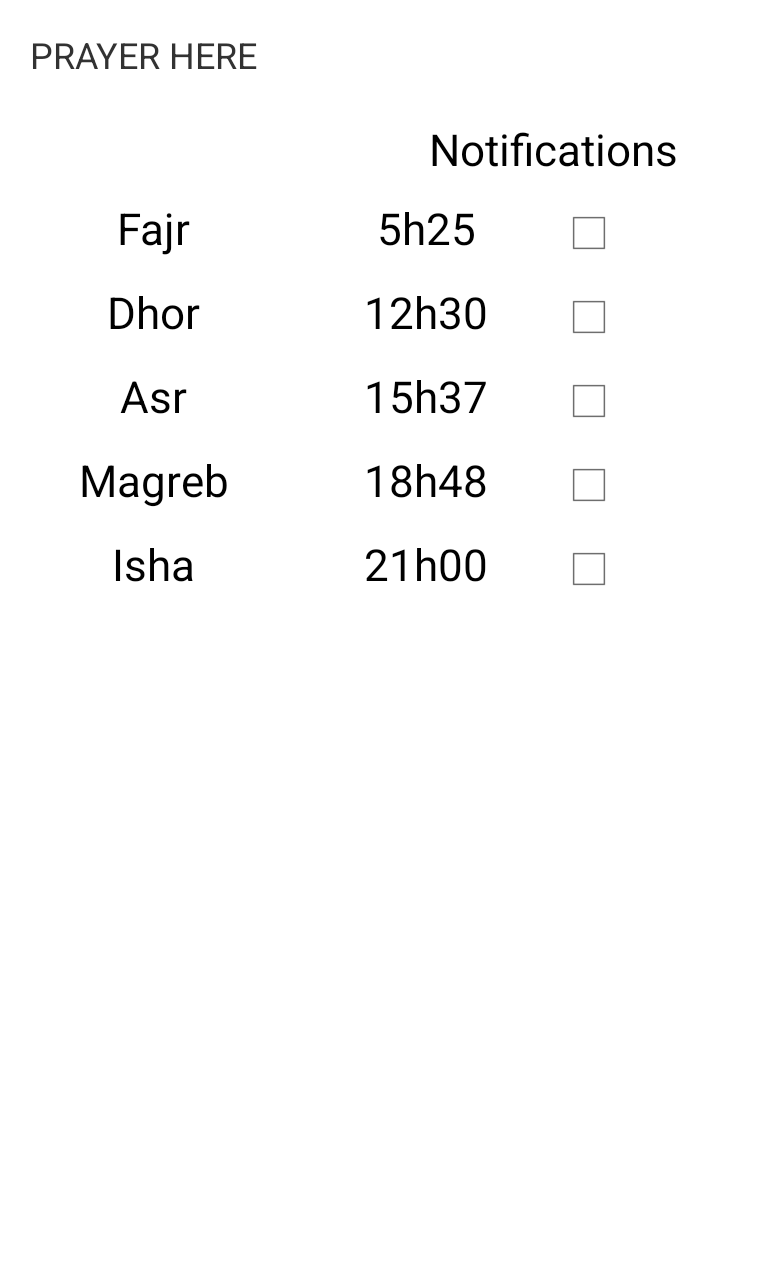
Repository: Osamah/Afstudeerwerk
Layout: NativeApp/SecondPillar/res/layout/activity_prayer.xml
The author's editor kept a copy of each file at every save. The layout is drawn from the files as they stood at one save, then again after the next save.
It is drawn on a 768 x 1280 px phone screen (xhdpi) without system bars, with theme AppTheme; the app's code is not run.

Above is the layout before, as saved 2012-12-28 00:54:49.

### NativeApp/SecondPillar/res/layout/activity_prayer.xml
<?xml version="1.0" encoding="utf-8"?>
<LinearLayout
  xmlns:android="http://schemas.android.com/apk/res/android"
  android:orientation="vertical"
  android:layout_width="match_parent"
  android:layout_height="match_parent">

  <!-- Screen Design -->
  <TextView android:text="PRAYER HERE"
            android:padding="15dip"
            android:textSize="18dip"
            android:layout_width="fill_parent"
            android:layout_height="wrap_content"/>



  <TableLayout xmlns:android="http://schemas.android.com/apk/res/android"
    android:id="@+id/tblPrayer"
    android:layout_width="fill_parent"
    android:layout_height="fill_parent" >

  <!-- HEADER -->
 	<TableRow
        android:id="@+id/headerRow"
        android:layout_width="fill_parent"
        android:layout_height="wrap_content"
        android:padding="5dip" >

      <!--    <TextView
            android:id="@+id/headerCol1"
            android:text="@string/headerCol1"
            android:layout_weight="1"
            android:gravity="center"
            android:textAppearance="?android:attr/textAppearanceLarge" />

        <TextView
            android:id="@+id/headerCol2"
            android:text="@string/headerCol2"
            android:layout_weight="1"
            android:gravity="center"
            android:textAppearance="?android:attr/textAppearanceLarge" />-->

     	<TextView
            android:id="@+id/headerCol3"
            android:text="@string/headerCol3"
            android:layout_weight="1"
            android:gravity="center"
            android:textAppearance="?android:attr/textAppearanceLarge"
            android:layout_column="3"/>

  	</TableRow>

 	<!-- PRAYER 1 -->
    <TableRow
        android:id="@+id/fjarRow"
        android:layout_width="wrap_content"
        android:layout_height="wrap_content"
        android:padding="5dip" >

        <TextView
            android:id="@+id/prayer1"
            android:text="@string/prayer1"
            android:textAppearance="?android:attr/textAppearanceLarge"
            android:layout_weight="1"
            android:gravity="center"
            />

        <TextView
            android:id="@+id/prayerTime1"
            android:text="@string/prayerTime1"
            android:textAppearance="?android:attr/textAppearanceLarge"
            android:layout_weight="1"
            android:gravity="center"/>

        <CheckBox
            android:id="@+id/prayerNotification1"
            android:layout_weight="1"
            android:gravity="center"
        />
  	</TableRow>

    <!-- PRAYER 2 -->
    <TableRow
        android:id="@+id/dhorRow"
        android:layout_width="wrap_content"
        android:layout_height="wrap_content"
        android:padding="5dip" >

       <TextView
            android:id="@+id/prayer2"
            android:text="@string/prayer2"
            android:textAppearance="?android:attr/textAppearanceLarge"
            android:layout_weight="1"
            android:gravity="center"
            />

        <TextView
            android:id="@+id/prayerTime2"
            android:text="@string/prayerTime2"
            android:textAppearance="?android:attr/textAppearanceLarge"
            android:layout_weight="1"
            android:gravity="center"
            />

        <CheckBox
            android:id="@+id/prayerNotification2"
            android:layout_weight="1"
            android:gravity="center"
        />
  	</TableRow>

    <!-- PRAYER 3 -->
    <TableRow
        android:id="@+id/rhasrRow"
        android:layout_width="wrap_content"
        android:layout_height="wrap_content"
        android:padding="5dip" >

       <TextView
            android:id="@+id/prayer3"
            android:text="@string/prayer3"
            android:textAppearance="?android:attr/textAppearanceLarge"
            android:layout_weight="1"
            android:gravity="center"
            />

        <TextView
            android:id="@+id/prayerTime3"
            android:text="@string/prayerTime3"
            android:textAppearance="?android:attr/textAppearanceLarge"
            android:layout_weight="1"
            android:gravity="center"
            />

        <CheckBox
            android:id="@+id/prayerNotification3"
            android:layout_weight="1"
            android:gravity="center"
        />
  	</TableRow>

    <!-- PRAYER 4 -->
    <TableRow
        android:id="@+id/magrebRow"
        android:layout_width="wrap_content"
        android:layout_height="wrap_content"
        android:padding="5dip" >

        <TextView
            android:id="@+id/prayer4"
            android:text="@string/prayer4"
            android:textAppearance="?android:attr/textAppearanceLarge"
            android:layout_weight="1"
            android:gravity="center"
            />

        <TextView
            android:id="@+id/prayerTime4"
            android:text="@string/prayerTime4"
            android:textAppearance="?android:attr/textAppearanceLarge"
            android:layout_weight="1"
            android:gravity="center"
            />

        <CheckBox
            android:id="@+id/prayerNotification4"
            android:layout_weight="1"
            android:gravity="center"
        />
  	</TableRow>


    <!-- PRAYER 5 -->
    <TableRow
        android:id="@+id/lahsaRow"
        android:layout_width="wrap_content"
        android:layout_height="wrap_content"
        android:padding="5dip" >

  		 <TextView
            android:id="@+id/prayer5"
            android:text="@string/prayer5"
            android:textAppearance="?android:attr/textAppearanceLarge"
            android:layout_weight="1"
            android:gravity="center"
            />

        <TextView
            android:id="@+id/prayerTime5"
            android:text="@string/prayerTime5"
            android:layout_weight="1"
            android:gravity="center"
            android:textAppearance="?android:attr/textAppearanceLarge"
            />

        <CheckBox
            android:id="@+id/prayerNotification5"
            android:layout_weight="1"
            android:gravity="center"
        />
  	</TableRow>
    </TableLayout>


</LinearLayout>

### NativeApp/SecondPillar/res/values/strings.xml
<?xml version="1.0" encoding="utf-8"?>
<resources>

    <string name="app_name">Second Pillar</string>
    <string name="edit_message">Enter a message</string>
    <string name="button_send">Send</string>
    <string name="menu_settings">Settings</string>
    <string name="favorite">MyFavorite String</string>
    <string name="menu_search">Search</string>



    <string name="headerCol1">Prayer</string>
    <string name="headerCol2">Time</string>
    <string name="headerCol3">Notifications</string>

    <string name="prayer1">Fajr</string>
    <string name="prayer2">Dhor</string>
    <string name="prayer3">Asr</string>
    <string name="prayer4">Magreb</string>
    <string name="prayer5">Isha</string>

    <string name="prayerTime1">5h25</string>
    <string name="prayerTime2">12h30</string>
    <string name="prayerTime3">15h37</string>
    <string name="prayerTime4">18h48</string>
    <string name="prayerTime5">21h00</string>

</resources>

Loaded but not shown: NativeApp/SecondPillar/res/values/styles.xml (common file); NativeApp/SecondPillar/res/values-v11/styles.xml (common file); NativeApp/SecondPillar/res/values-v14/styles.xml (common file)

After the next save:
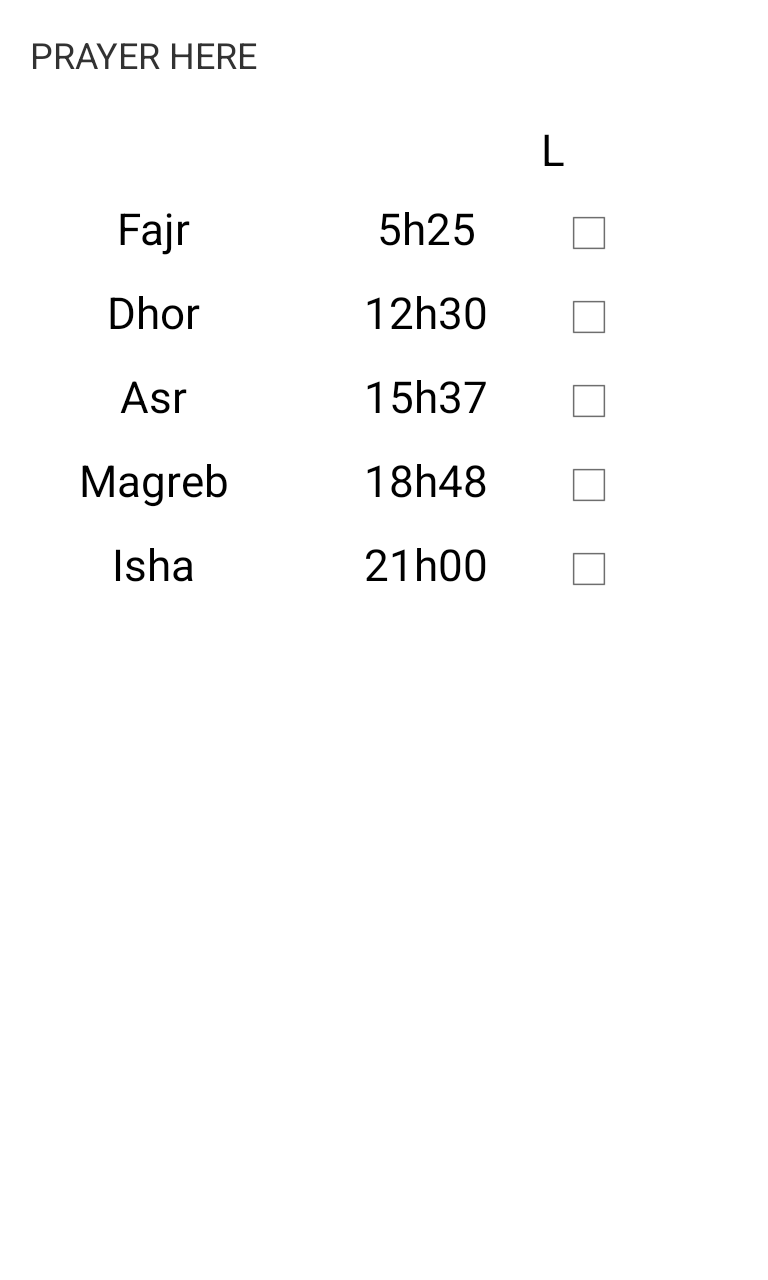
Saved 61 s later.
--- a/NativeApp/SecondPillar/res/values/strings.xml
+++ b/NativeApp/SecondPillar/res/values/strings.xml
@@ -12,7 +12,7 @@
 
     <string name="headerCol1">Prayer</string>
     <string name="headerCol2">Time</string>
-    <string name="headerCol3">Notifications</string>
+    <string name="headerCol3">L</string>
 
     <string name="prayer1">Fajr</string>
     <string name="prayer2">Dhor</string>
